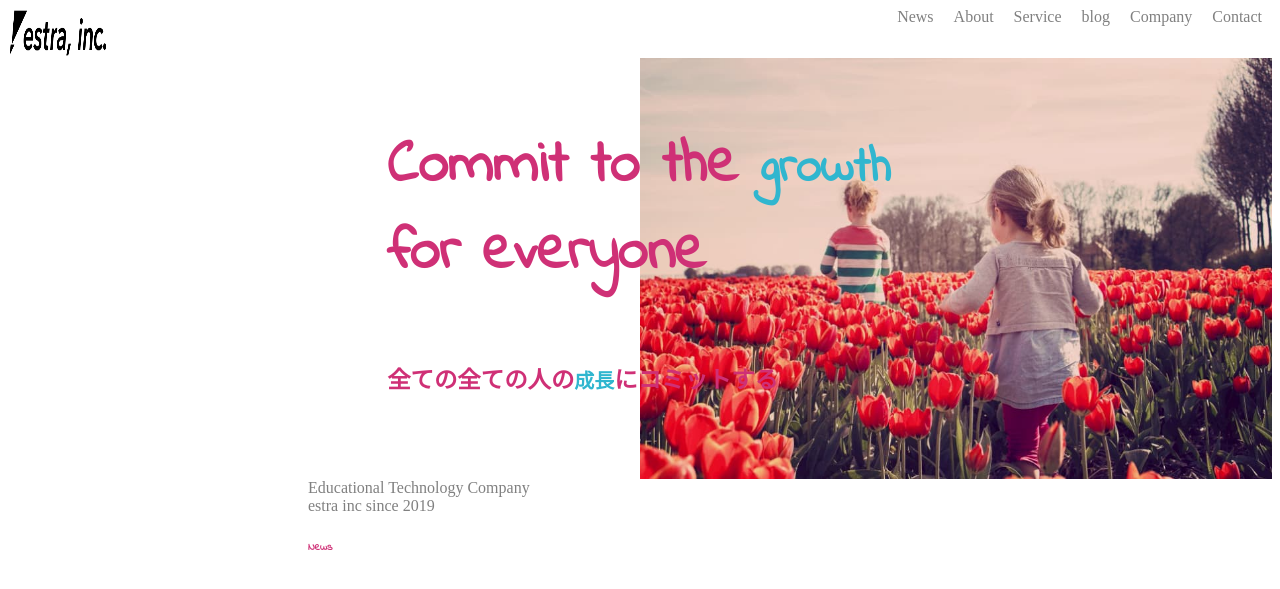
Repository: sigemasaasuka/20210902
Page: index.html
The author's editor kept a copy of each file at every save. The page is drawn from the files as they stood at one save, then again after the next save.
The browser window is 1280 px wide. The pictures show the whole page.

Above is the page before, as saved 2021-09-08 17:40:54.

### index.html
<!DOCTYPE html>
<html lang="ja">

<head>
  <meta charset="UTF-8">
  <meta name="viewport" content="width=device-width, initial-scale=1.0">
  <title>Document</title>
  <link rel="stylesheet" href="css/style.css">
  <link rel="preconnect" href="https://fonts.googleapis.com">
  <link rel="preconnect" href="https://fonts.gstatic.com" crossorigin>
  <link href="https://fonts.googleapis.com/css2?family=Indie+Flower&display=swap" rel="stylesheet">
</head>

<body>
  <div class="flex">
    <img src="img/img/estra_logo.png" alt="estra_logo" width="100px" height="50px">
    <div class="parent">
      <div class="child">News</div>
      <div class="child">About</div>
      <div class="child">Service</div>
      <div class="child">blog</div>
      <div class="child">Company</div>
      <div class="child">Contact</div>

    </div>
  </div>
  <div class="relative">
    <img class="relative__img" src="img/img/firstview.jpg" alt="firstview">
    <div class="example">
      <h1>Commit to the <span class="document"> growth</span> <br>for everyone</h1>
      <div class="example-txt">
        <h3>全ての全ての人の<span class="document-txt">成長</span>にコミットする</h3>
      </div>
    </div>
    <p class="subtitle">Educational Technology Company<br>estra inc since 2019</p>
    <div class="smlltitle">
    <h6>News</h6>
    </div>
   </div>
　</div>

</body>

</html>

### css/style.css
.img {
  text-align: left;
}

.parent {
  display: flex;
  text-align: right;
  color: gray;
}

.child {
  margin: 0 10px;
}
.flex {
  display: flex;
  justify-content: space-between;
}

.relative {
  position: relative;
}

.relative__img {
  margin: 0 0 0 auto;
  display: block;
  width: 50%;
}

.example {
  position: absolute;
  top: 5%;
  left: 30%;
  font-size: 30px;
  color: #cf3076;
  font-family: "Indie Flower", cursive;
}

.document {
  top: 5%;
  left: 30%;
  font-size: 50px;
  color: #30b6cf;
  font-family: "Indie Flower", cursive;
}

.example-txt {
  position: absolute;
  top: 100%;
  left: 0%;
  font-size: 20px;
  color: #cf3076;
  font-family: "Indie Flower", cursive;
}

.document-txt {
  top: 100%;
  left: 0%;
  font-size: 20px;
  color: #30b6cf;
  font-family: "Indie Flower", cursive;
}

.subtitle {
  margin: 0px 300px;
  color: gray;
}

.smlltitle {
  color: #cf3076;
  font-family: "Indie Flower", cursive;
  margin-left: 300px;
}

After the next save:
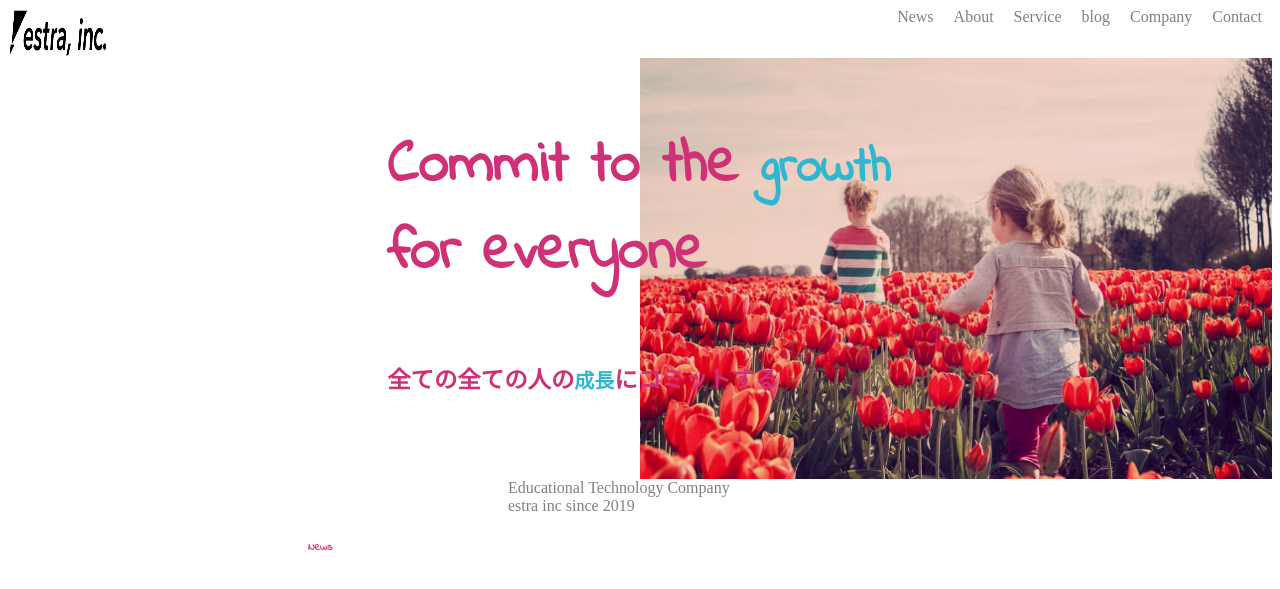
Saved 27 s later.
--- a/css/style.css
+++ b/css/style.css
@@ -61,7 +61,7 @@
 }
 
 .subtitle {
-  margin: 0px 300px;
+  margin: 0px 500px;
   color: gray;
 }
 
